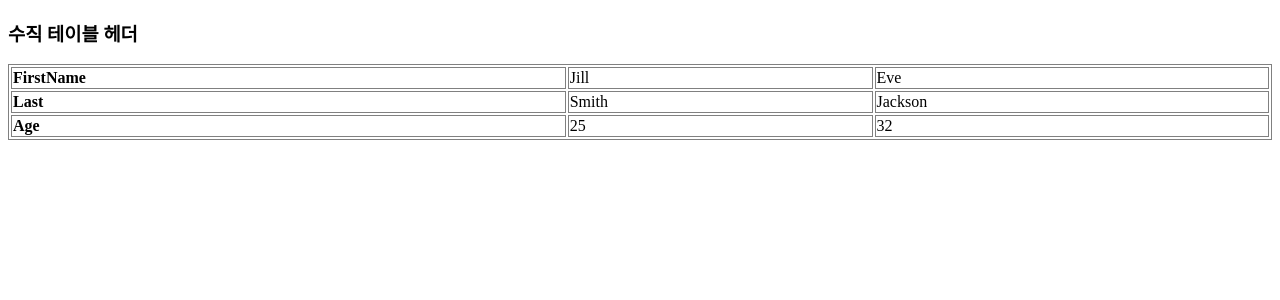
Repository: donggri1/WORKSPACE
Page: WebClass/webPro/src/main/webapp/html/days03/ex07_02.html
These files come from the project's save history. The page is drawn as it stood at one moment and after the next save; the edit follows.
The browser window is 1280 px wide. The pictures show the whole page.

Above is the page before, as saved 2024-03-26 05:09:12.

### WebClass/webPro/src/main/webapp/html/days03/ex07_02.html
<!DOCTYPE html>
<html>
<head>
<meta charset="UTF-8">
<title>Insert title here</title>
<link rel="shortcut icon" type="image/x-icon" href="http://localhost/webPro/images/SiSt.ico">
<style>
	table{
		width: 100%;

	}

	table,td,th{
		border: 1px solid gray;
	}
	th{
	/* 테이블 헤더의 왼쪽 정렬 */
		text-align: left;
	}
</style>
</head>
<body>

 <h3>수직 테이블 헤더</h3>

 <!-- table>tr*3>th+td*2 -->
 <table>
 <tr>
 	<th>FirstName</th>
 	<td>Jill</td>
 	<td>Eve</td>
 </tr>
 <tr>
 	<th>Last</th>
 	<td>Smith</td>
 	<td>Jackson</td>
 </tr>
 <tr>
 	<th>Age</th>
 	<td>25</td>
 	<td>32</td>
 </tr>
</table>
</body>
</html>

After the next save:
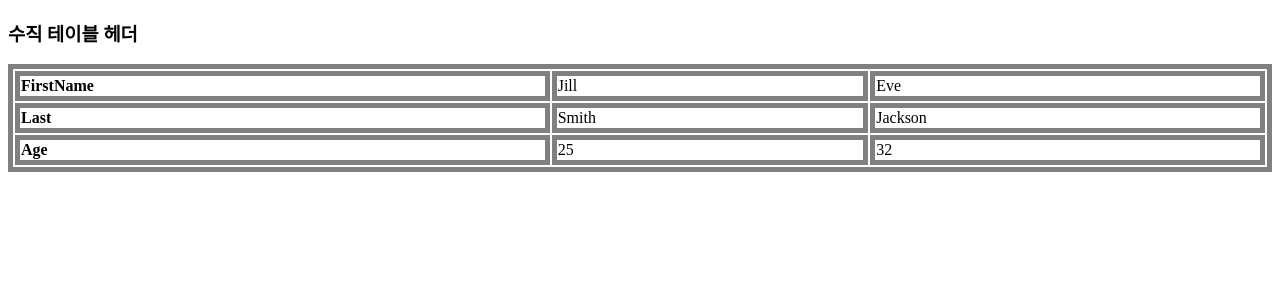
Saved 10 s later.
--- a/WebClass/webPro/src/main/webapp/html/days03/ex07_02.html
+++ b/WebClass/webPro/src/main/webapp/html/days03/ex07_02.html
@@ -11,7 +11,7 @@
 	}
 
 	table,td,th{
-		border: 1px solid gray;
+		border: 5px solid gray;
 	}
 	th{
 	/* 테이블 헤더의 왼쪽 정렬 */
